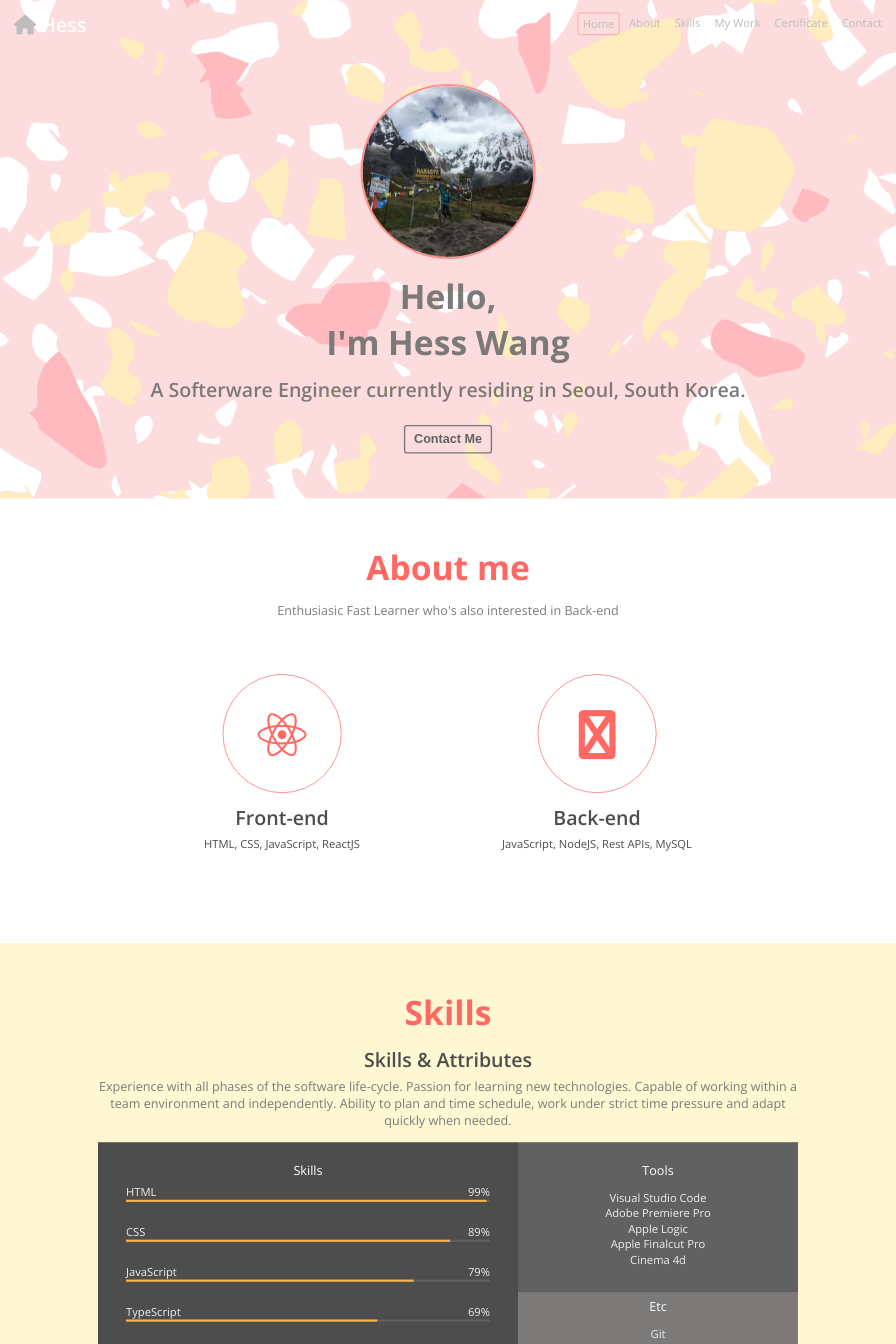
Repository: hesshess/Portfolio
Page: index.html
These files come from the project's save history. The page is drawn as it stood at one moment and after the next save; the edit follows.
The browser window is 1280 px wide. The pictures show the part of the page from y = 0 to 1920 px (the page is 4152 px tall), at 70% of full size.
Some web libraries are served in a nearby version.

Above is the page before, as saved 2022-10-18 15:16:50.

### index.html
<!DOCTYPE html>
<html lang="en">
  <head>
    <meta charset="UTF-8" />
    <meta name="viewport" content="width=device-width, initial-scale=1.0" />
    <title>Hess's Portfolio</title>
    <meta
      name="description"
      content="Portfolio for world-renowed software engineer Hess"
    />
    <meta name="author" content="Hess" />
    <link rel="icon" type="image/png" href="imgs/favicon.png" />
    <script
      src="https://kit.fontawesome.com/1af2041847.js"
      crossorigin="anonymous"
    ></script>
    <link
      href="https://fonts.googleapis.com/css2?family=Amatic+SC:wght@400;700&family=Open+Sans:wght@400;600;700&display=swap"
      rel="stylesheet"
    />
    <link rel="stylesheet" href="style.css" />
    <script src="main.js" defer></script>
  </head>
  <body>
    <!-- Navbar -->
    <nav id="navbar">
      <div class="navbar__logo">
        <i class="fas fa-home"></i>
        <a href="#">Hess</a>
      </div>
      <div class="navbar__menu">
        <ul class="navbar__menu">
          <li class="navbar__menu__item active" data-link="#home">Home</li>
          <li class="navbar__menu__item" data-link="#about">About</li>
          <li class="navbar__menu__item" data-link="#skills">Skills</li>
          <li class="navbar__menu__item" data-link="#work">My Work</li>
          <li class="navbar__menu__item" data-link="#testimonials">
            Certificate
          </li>
          <li class="navbar__menu__item" data-link="#contact">Contact</li>
        </ul>
      </div>
      <!-- Toggle button -->
      <button class="navbar__toggle-btn">
        <i class="fas fa-bars"></i>
      </button>
    </nav>
    <!-- Home -->
    <section id="home">
      <div class="home__container">
        <img
          src="imgs/profile.JPG"
          alt="Hess's profile Photo"
          class="home__avatar"
        />

        <h1 class="home__title">Hello, <br />I'm Hess Wang</h1>
        <h2 class="home__description">
          A Softerware Engineer currently residing in Seoul, South Korea.
        </h2>
        <button class="home__contact" data-link="#contact">Contact Me</button>
      </div>
    </section>

    <!-- About -->

    <section id="about" class="section section__container">
      <h1>About me</h1>
      <p>Enthusiasic Fast Learner who's also interested in Back-end</p>
      <div class="about__majors">
        <div class="major">
          <div class="major__icon">
            <i class="fab fa-react"></i>
          </div>
          <h2 class="major__title">Front-end</h2>
          <div class="major__description">
            HTML, CSS, JavaScript, ReactJS
          </div>
        </div>
        <div class="major">
          <div class="major__icon">
            <i class="fas fa-node-js"></i>
          </div>
          <h2 class="major__title">Back-end</h2>
          <div class="major__description">
            JavaScript, NodeJS, Rest APIs, MySQL
          </div>
        </div>
      </div>
    </section>

    <!-- Skills -->
    <section id="skills" class="section">
      <div class="section__container">
        <h1>Skills</h1>
        <h2>Skills & Attributes</h2>
        <p>
          Experience with all phases of the software life-cycle. Passion for
          learning new technologies. Capable of working within a team
          environment and independently. Ability to plan and time schedule, work
          under strict time pressure and adapt quickly when needed.
        </p>
        <div class="skillset">
          <div class="skillset__left">
            <h3 class="skillset__title">Skills</h3>
            <div class="skill">
              <div class="skill__description">
                <span>HTML</span>
                <span>99%</span>
              </div>
              <div class="skill__bar">
                <div class="skill__value" style="width: 99%"></div>
              </div>
            </div>
            <div class="skill">
              <div class="skill__description">
                <span>CSS</span>
                <span>89%</span>
              </div>
              <div class="skill__bar">
                <div class="skill__value" style="width: 89%"></div>
              </div>
            </div>
            <div class="skill">
              <div class="skill__description">
                <span>JavaScript</span>
                <span>79%</span>
              </div>
              <div class="skill__bar">
                <div class="skill__value" style="width: 79%"></div>
              </div>
            </div>
            <div class="skill">
              <div class="skill__description">
                <span>TypeScript</span>
                <span>69%</span>
              </div>
              <div class="skill__bar">
                <div class="skill__value" style="width: 69%"></div>
              </div>
            </div>
            <div class="skill">
              <div class="skill__description">
                <span>React</span>
                <span>59%</span>
              </div>
              <div class="skill__bar">
                <div class="skill__value" style="width: 59%"></div>
              </div>
            </div>
            <div class="skill">
              <div class="skill__description">
                <span>NodeJS</span>
                <span>49%</span>
              </div>
              <div class="skill__bar">
                <div class="skill__value" style="width: 49%"></div>
              </div>
            </div>
          </div>
          <div class="skillset__right">
            <div class="tools">
              <h3 class="skillset__title">Tools</h3>
              <ul class="tools__list">
                <li><span>Visual Studio Code</span></li>
                <li><span>Adobe Premiere Pro</span></li>
                <li><span>Apple Logic</span></li>
                <li><span>Apple Finalcut Pro</span></li>
                <li><span>Cinema 4d</span></li>
              </ul>
            </div>
            <div class="etc">
              <h3 class="skillset__title">Etc</h3>
              <ul class="etc__list">
                <li><span>Git</span></li>
                <li><span>Sing</span></li>
                <li><span>Dance</span></li>
              </ul>
            </div>
          </div>
        </div>
      </div>
    </section>
    <!-- Work -->
    <section id="work" class="section">
      <div class="section__container">
        <h1>My work</h1>
        <h3>Projects</h3>
        <div class="work__categories">
          <button class="category__btn active" data-filter="*">
            All<span class="category__count">8</span>
          </button>
          <button class="category__btn" data-filter="front-end">
            Front-end<span class="category__count">3</span>
          </button>
          <button class="category__btn" data-filter="back-end">
            Back-end<span class="category__count">3</span>
          </button>
          <button class="category__btn" data-filter="mobile">
            Mobile<span class="category__count">2</span>
          </button>
        </div>

        <div class="work__projects">
          <a
            href="깃허브링크"
            class="project"
            target="blank"
            data-type="front-end"
          >
            <img src="imgs/projects/1.jpg" alt="Youtube" class="project__img" />
            <div class="project__description">
              <h3>Youtube Site</h3>
              <span>Clone coding with HTML and CSS</span>
            </div>
          </a>
          <a
            href="깃허브링크"
            class="project"
            target="blank"
            data-type="front-end"
          >
            <img src="imgs/projects/1.jpg" alt="Youtube" class="project__img" />
            <div class="project__description">
              <h3>Youtube Site</h3>
              <span>Clone coding with HTML and CSS</span>
            </div>
          </a>
          <a
            href="깃허브링크"
            class="project"
            target="blank"
            data-type="front-end"
          >
            <img src="imgs/projects/1.jpg" alt="Youtube" class="project__img" />
            <div class="project__description">
              <h3>Youtube Site</h3>
              <span>Clone coding with HTML and CSS</span>
            </div>
          </a>
          <a
            href="깃허브링크"
            class="project"
            target="blank"
            data-type="back-end"
          >
            <img src="imgs/projects/2.jpg" alt="Youtube" class="project__img" />
            <div class="project__description">
              <h3>Youtube Site</h3>
              <span>Clone coding with HTML and CSS</span>
            </div>
          </a>
          <a
            href="깃허브링크"
            class="project"
            target="blank"
            data-type="back-end"
          >
            <img src="imgs/projects/2.jpg" alt="Youtube" class="project__img" />
            <div class="project__description">
              <h3>Youtube Site</h3>
              <span>Clone coding with HTML and CSS</span>
            </div>
          </a>
          <a
            href="깃허브링크"
            class="project"
            target="blank"
            data-type="back-end"
          >
            <img src="imgs/projects/2.jpg" alt="Youtube" class="project__img" />
            <div class="project__description">
              <h3>Youtube Site</h3>
              <span>Clone coding with HTML and CSS</span>
            </div>
          </a>
          <a
            href="깃허브링크"
            class="project"
            target="blank"
            data-type="mobile"
          >
            <img src="imgs/projects/3.jpg" alt="Youtube" class="project__img" />
            <div class="project__description">
              <h3>Youtube Site</h3>
              <span>Clone coding with HTML and CSS</span>
            </div>
          </a>
          <a
            href="깃허브링크"
            class="project"
            target="blank"
            data-type="mobile"
          >
            <img src="imgs/projects/3.jpg" alt="Youtube" class="project__img" />
            <div class="project__description">
              <h3>Youtube Site</h3>
              <span>Clone coding with HTML and CSS</span>
            </div>
          </a>
        </div>
      </div>
    </section>
    <!-- Testimonials -->
    <section id="testimonials" class="section">
      <div class="section__container">
        <h1>Coding challenges</h1>
        <h3>Look what I'vd learned!</h3>
        <div class="testimonials">
          <div class="testimonial">
            <img
              src="imgs/testimonial/certificate1.jpg"
              class="testimonial__avatar"
            />
            <div class="testimonial__description">
              <h3>이젠 - 풀스택 웹개발자 6개월 과정</h3>
              <span>HTML, CSS, Javascript, React, Node, MySQL</span>
            </div>
          </div>

          <div class="testimonial">
            <img
              src="imgs/testimonial/nomad1.jpg"
              class="testimonial__avatar"
            />
            <div class="testimonial__description">
              <h3>노마드코드 - 카카오 클론 2주 챌린지</h3>
              <span>HTML5, CSS3, Flexbox, Github</span>
          </div>
          </div>
          <div class="testimonial">
            <img
              src="imgs/testimonial/nomad2.jpg"
              class="testimonial__avatar"
            />
            <div class="testimonial__description">
              <h3>노마드코드 - 바닐라 JS 2주 챌린지</h3>
              <span>HTML5, CSS3, VanillaJS</span>
          </div></div>
          <div class="testimonial">
            <img
              src="imgs/testimonial/nomad3.jpg"
              class="testimonial__avatar"
            />
            <div class="testimonial__description">
              <h3>노마드코드 - CSS LAYOUT 2주 챌린지</h3>
              <span>Flexbox, Grid, Scss</span>
          </div>
        </div>
      </div>
    </section>
    <!-- Contact -->
    <section id="contact" class="section">
      <h1 class="contact__title">Let's talk</h1>
      <h2>
        <a href="mailto:hess90wang@gmail.com" class="contact__email"
          >hess90wang@gmail.com</a
        >
      </h2>
      <div class="contact__links">
        <a href="https://github.com/hesshess" target="_blank">
          <i class="fab fa-github"></i>
        </a>
        <a
          href="https://www.linkedin.com/in/hess-wang-294197254/"
          target="_blank"
        >
          <i class="fa fa-linkedin-square"></i
        ></a>
      </div>
      <p class="contact__rights">2020 HESS Cottage - All rights reserved</p>
    </section>

    <!-- Arrow up -->
    <button class="arrow-up">
      <i class="fas fa-arrow-up"></i>
    </button>
  </body>
</html>

### style.css
/* Global */
:root {
  /* Color */

  --color-white: #ffffff;

  --color-light-white: #eeeeee;

  --color-dark-white: #bdbdbd;

  --color-pink: #fe918d;

  --color-dark-pink: #ff6863;

  --color-dark-grey: #4d4d4d;

  --color-grey: #616161;

  --color-light-grey: #7c7979;

  --color-blue: #73aace;

  --color-yellow: #fff7d1;

  --color-orange: #feb546;

  --color-black: #000000;

  /* Font size */

  --font-large: 48px;

  --font-medium: 28px;

  --font-regular: 18px;

  --font-small: 16px;

  --font-micro: 14px;

  /* Font weight */

  --weight-bold: 700;

  --weight-semi-bold: 600;

  --weight-regular: 400;

  /* Size */
  --size-border-radius: 4px;

  /* Animation */
  --animation-duration: 300ms;
}

/* Universal tags */
* {
  box-sizing: border-box;
}

body {
  margin: 0;
  font-family: "Open Sans", sans-serif;
  cursor: default;
}

a {
  text-decoration: none;
  color: var(--color-white);
}
ul {
  list-style: none;
  padding-left: 0;
}
li {
  list-style: none;
}

button {
  background-color: transparent;
  cursor: pointer;
  border: none;
  outline: none;
}

/* Typography */
h1 {
  font-size: var(--font-large);
  font-weight: var(--weight-bold);
  color: var(--color-dark-pink);
  margin: 16px 0;
}

h2 {
  font-size: var(--font-medium);
  font-weight: var(--weight-semi-bold);
  color: var(--color-dark-grey);
  margin: 8px 0;
}

h3 {
  font-size: var(--font-regular);
  font-weight: var(--weight-regular);
  color: var(--color-dark-grey);
  margin: 8px 0;
}

p {
  font-size: var(--font-regular);
  font-weight: var(--weight-regular);
  color: var(--color-light-grey);
  margin: 4px 0;
}

/* Navbar */
#navbar {
  position: fixed;
  width:100%;
  display: flex;
  justify-content: space-between;
  background-color: transparent;
  align-items: center;
  color: var(--color-dark-white);
  padding: 10px;
  transition: all var(--animation-duration) ease-in-out;
  z-index:1;
}
#navbar.navbar--dark{
  background-color: var(--color-pink);
  color:var(--color-white);
  padding: 5px;

}
.navbar__menu {
  display: flex;
  margin: 4px 0;
}

.navbar__logo {
  font-size: var(--font-medium);
  font-weight: var(--weight-semi-bold);
  padding-left: 10px;
}
.navbar__menu__item {
  padding: 4px 6px;
  margin: 0 4px;
  cursor: pointer;
  border-radius: var(--size-border-radius);
}

.navbar__menu__item.active {
  border: 1.5px solid var(--color-pink);
}

.navbar__menu__item:hover {
  background-color: var(--color-dark-pink);
  border-radius: var(--size-border-radius);
}

.navbar__toggle-btn{
  position: absolute;
  top:10px;
  right:16px;
  font-size: 24px;
  color:var(--color-white);
  display:none;

}

/* Home */
#home {
  background: url("imgs/home-background.png") center/cover no-repeat;
  padding: 40px;
  padding-top:120px;
  text-align: center;
}

.home__avatar {
  width: 250px;
  height: 250px;
  border-radius: 50%;
  border: 3px solid var(--color-pink);
}

.home__title,
.home__description {
  color: var(--color-light-grey);
}
.home__contact {
  color: var(--color-grey);
  font-size: var(--font-regular);
  font-weight: var(--weight-bold);
  margin: 24px;
  padding: 8px 12px;
  border: 2px solid var(--color-light-grey);
  border-radius: var(--size-border-radius);
}

/* Section Common*/
.section {
  text-align: center;
  padding: 50px;
  margin: auto;
}

.section__container {
  max-width: 1000px;
  margin: auto;
}

/* About */
.about__majors {
  display: flex;
  justify-content: space-around;
  margin: 80px 0;
}


.major__icon {
  width: 170px;
  height: 170px;
  font-size: 70px;
  line-height: 170px;
  color: var(--color-dark-pink);
  margin: auto;
  border: 1px solid var(--color-dark-pink);
  border-radius: 50%;
  margin-bottom: 16px;
}

.major__icon i {
  transition: all var(--animation-duration) ease;
}

.major__icon:hover i {
  color: var(--color-pink);
  transform: rotate(30deg) scale(1.2);
}

.major__title,
.major__description {
  color: var(--color-dark-grey);
}

.major__description {
  font-size: var(--font-small);
}

.job {
  display: flex;
  align-items: center;
}

.job__description {
  margin: 0 16px;
  text-align: left;
}

.job__name,
.job__period {
  color: var(--color-light-grey);
}

.job__name {
  font-size: var(--font-small);
}

.job__period {
  font-size: var(--font-micro);
}

.job__logo {
  width: 80px;
  height: 80px;
  border-radius: 50%;
  margin-right: 20px;
}

/* Skill */
#skills {
  background-color: var(--color-yellow);
}

.skillset {
display: flex;
background-color:var(--color-light-grey);
color:var(--color-light-white);
margin:20px 0;
}

.skillset__title{
    color:var(--color-white);

}

.skillset__left{
flex-basis: 60%;
background-color:var(--color-dark-grey);
padding: 20px 40px;
}

.skill{
  margin-bottom: 32px;
}

.skill__description{
    display:flex;
    justify-content: space-between;

}

.skill__bar{
  width: 100%;
  height:3px;
  background-color: var(--color-grey);

}
.skill__value{
  height:3px;
  background-color: var(--color-orange);
}

.skillset__right{
flex-basis: 40%;
}

.tools {
    background-color: var(--color-grey);
}

.tools, .etx{
  padding: 20px;
}

/* Work */


.work__categories {
  margin:40px;
}
.category__btn{
  border: 1px solid var(--color-dark-white);
  border-radius:  var(--size-border-radius);
  font-size:var(--font-regular);
  padding: 8px 48px;
}

.category__btn.active, .category__btn:hover{
  background-color: var(--color-pink);
  color: var(--color-white);
}

.category__btn .active .category__count,.category__btn:hover .category__count {
  opacity: 1;
  top: 0;
}



.category__count{
  background-color: var(--color-orange);
  border-radius: 50%;
  color:var(--color-white);
  width:24px;
  height:24px;
  display: inline-block;
  line-height: 24px ;
  position:relative;
  top: -20px;
  left:4px;
  opacity:0;
  transition: all var(--animation-duration) ease-in;

}

 .work__projects{
   display:flex;
   flex-wrap:wrap;
   justify-content: center;
   opacity:1;
   transition: all var(--animation-duration) ease-out;

 }
 .work__projects.anim-out{
   opacity:0;
   transform: scale(0.96) translateY(40px);
 }

 .project {
   position: relative;
   display:flex;
   justify-content: center;
   align-items: center;
   width:280px;
   height:250px;
   margin:2px;
   background-color: var(--color-light-white);

 }
 .project.invisible{
   display:none;
 }

 .project__img{
   max-width:100%;
   max-height:100%;
 }

 .project__description, .testimonial__description{
   position: absolute;
   background-color: black;
   display: flex;
   flex-direction: column;
   justify-content: center;
   width:100%;
   height:100%;
   top:0;
   left:0;
   opacity:0;
   transform:translateY(10px);
   transition: all var(--animation-duration) ease-in;
 }
 .testimonial__description{
  padding: 10px;
  font-size: 0.7em;
  width:150px;
  height:150px;
  border-radius: 10px;
  color:var(--color-white);
 }

 .project:hover .project__description{
opacity:0.8;
transform:translateY(0px);
 }

 .testimonial:hover .testimonial__description{
  opacity:0.8;
  transform:translateY(0px);
   }

 .project__description h3{
   color:var(--color-white);
 }

 .project__description h3:after{
   display: block;
   content:'';
   position: relative;
   left:50%;
   width:25px;
   height:2px;
   margin-left: -12px;
   margin-top: 8px;
   background-color: var(--color-dark-white);
 }


/* testimonial */
#testimonials{
  background-color: var(--color-light-white);

}

.testimonials {
  margin: 40px;
  display: flex;
  justify-content: space-around;
}

.testimonial{
  display: flex;
margin:32px 0;
transition: all var(--animation-duration) ease-in;
}
.testimonial:hover {
  transform: scale(1.5);
}
.testimonial .project__description{
  opacity:0.8;
  transform:translateY(0px);
   }

.testimonial__avatar{
  width:150px;
  height:150px;
  border-radius: 10px;

}
.testimonial__avatar:nth-child(odd){
  margin-right:40px;
}
.testimonial__avatar:nth-child(even){
  margin-left:40px;
}

.testimonial__speech-bubble{
  padding:18px;
  background-color: var(--color-white);
  border-radius: var(--size-border-radius);
}

.testimonial__speech-bubble p {
  color: var(--color-light-grey);

}

.testimonial__speech-bubble a{
  color: var(--color-pink);
}

/* Contact */

#contact{
  background-color: var(--color-dark-pink);


}
.contact__title, .contact__email, .contact__rights{
  color: var(--color-white);
}

.contact__title{
  margin: 32px 0;

}

.contact__links{
  font-size: var(--font-large);
  margin: 24px 0px;
  transition: all var(--animation-duration) ease-in;

}

.contact__links i:hover {
  transform: scale(1.3);
  color:var(--color-orange);

}


/* Scroll */
.arrow-up{
  position:fixed;
  bottom: 50px;
  right:50px;
  width:70px;
  height:70px;
  font-size: 50px;
  background-color: var(--color-pink);
  color: var(--color-white);
  border-radius: 50%;
  opacity:0;
  pointer-events: none ;
  transition: all var(--animation-duration) ease-in
}

.arrow-up.visible {
  opacity:1;
  pointer-events: auto;
}


/* For below 768px screen width */

@media screen and (max-width:768px){
.navbar__toggle-btn{
  display:block;

}
#navbar{
  font-display: column;
align-items:flex-start;
}
.navbar__menu{
  flex-direction: column;
  text-align: center;
  width:100%;
  display:none;

}

.about__majors{
  flex-direction: column;

}
.major{
margin-bottom: 38px;

}

.skillset {
  flex-direction: column;

}

.project{
  flex-grow: 1;
}

.testimonial__avatar{
  width:80px;
  height:80px;
}



}

Loaded but not shown: main.js (81 lines, source omitted)

After the next save:
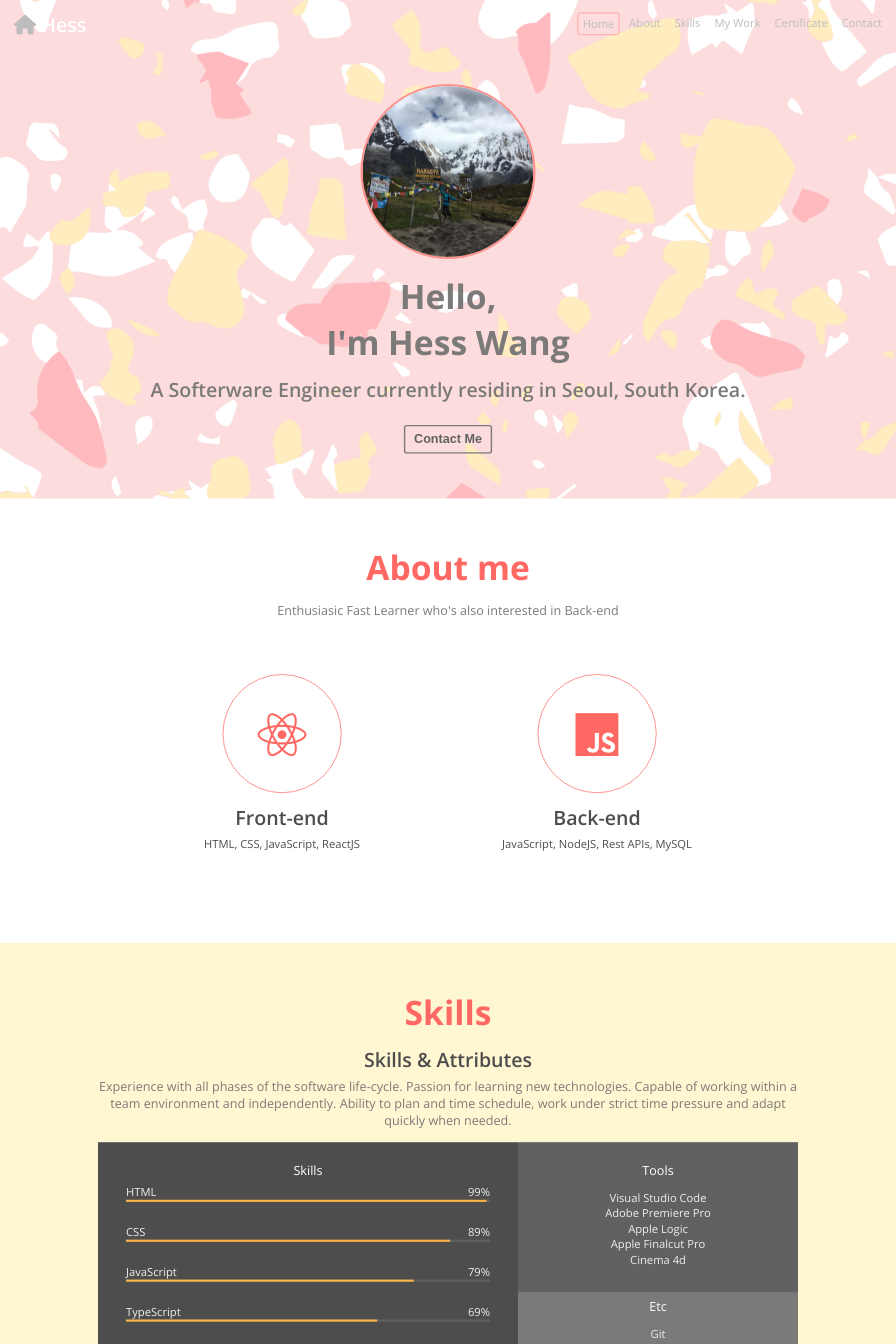
Saved 24 s later.
--- a/index.html
+++ b/index.html
@@ -79,7 +79,7 @@
         </div>
         <div class="major">
           <div class="major__icon">
-            <i class="fas fa-node-js"></i>
+            <i class="fab fa-js"></i>
           </div>
           <h2 class="major__title">Back-end</h2>
           <div class="major__description">
